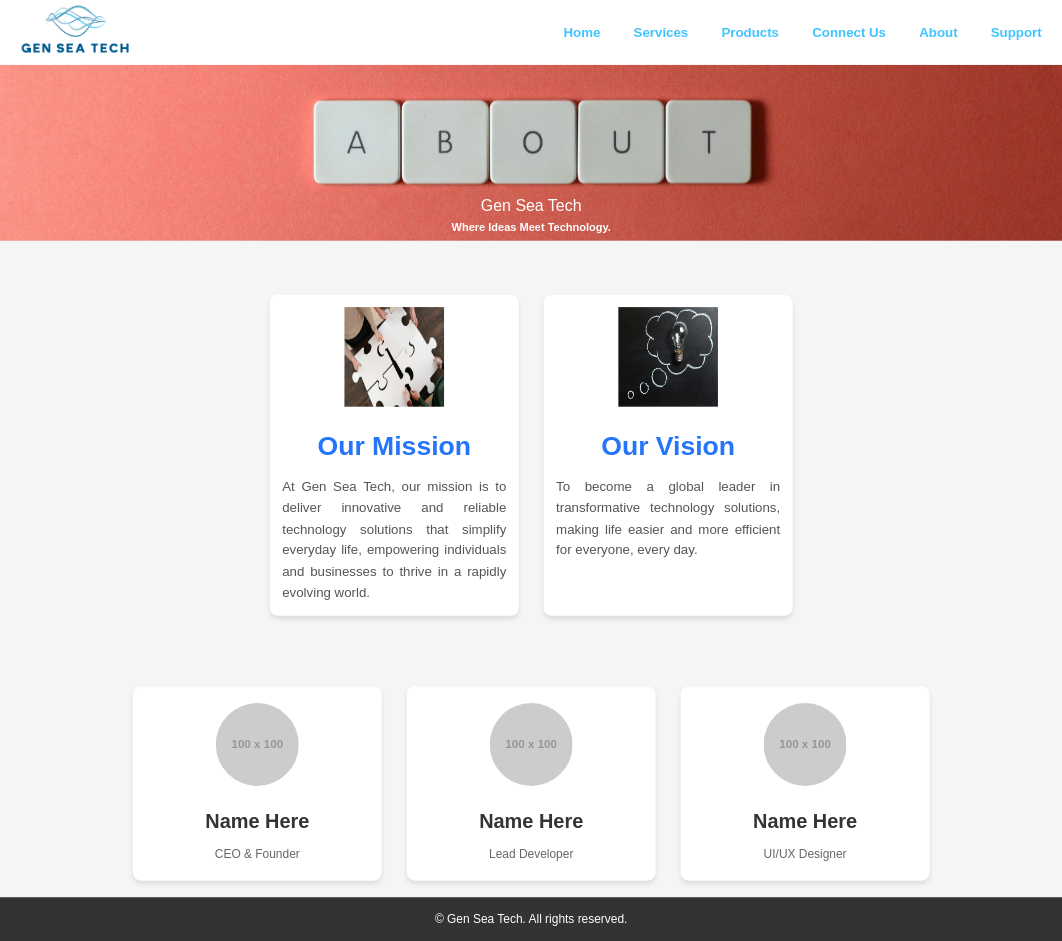
Repository: aniketkhatawkar/Gen_Sea_Tech
Page: http://localhost/GenSeaTech/about.jsp
An editor plug-in stored every save of this project. The page is shown before and after the next save, followed by the edit.
The browser window is 1280 px wide. The pictures show the whole page, at 83% of full size.
The page is served by Tomcat 10. Other server files are loaded and not shown.

Above is the page before, as saved 2024-12-14 12:27:24.

### GenSeaTech/src/main/webapp/about.jsp
<!DOCTYPE html>
<html lang="en">
<head>
<meta charset="UTF-8">
<meta name="viewport" content="width=device-width, initial-scale=1.0">
<title>About</title>
<link rel="icon" href="assets/logo.png" type="image/png" >
<style>
    * {
        margin: 0;
        padding: 0;
        box-sizing: border-box;
        font-family: 'Arial', sans-serif;
    }

    body {
        background-color: #f5f5f5;
        color: #333;
        overflow-x: hidden;
    }

    header {
	    background:  url("assets/about.jpg") no-repeat center center;
	    background-size: cover;
	    object-fit: cover;
		color: #ffffff;
	    padding: 5px 5px;
	    text-align: center;
	}

    header h1 {
        font-size: 3rem;
        margin-bottom: 5px;
    }

    header p {
        font-size: 1.2rem;
        margin-top:150px;
    }

    .mission-vision-section {
        display: flex;
        flex-wrap: wrap;
        justify-content: center;
        gap: 30px;
        margin: 15px;
        padding: 50px;
    }

    .mission-vision-card {
        background: white;
        border-radius: 10px;
        box-shadow: 0 4px 6px rgba(0, 0, 0, 0.1);
        padding: 15px;
        text-align: center;
        width: 300px;
        transition: transform 0.3s ease, box-shadow 0.3s ease;
    }

    .mission-vision-card img {
        width: 120px;
        height: 120px;
        margin-bottom: 15px;
    }

    .mission-vision-card h2 {
        font-size: 2rem;
        color: #2575fc;
        margin-bottom: 10px;
    }

    .mission-vision-card p {
        font-size: 1rem;
        line-height: 1.6;
        color: #555;
        text-align: justify;
    }

    .about-section {
        display: flex;
        flex-wrap: wrap;
        justify-content: center;
        padding: 20px 10px;
        gap: 30px;
    }

    .about-card {
        background: white;
        border-radius: 10px;
        box-shadow: 0 4px 6px rgba(0, 0, 0, 0.1);
        padding: 20px;
        text-align: center;
        width: 300px;
        transition: transform 0.3s ease, box-shadow 0.3s ease;
    }

    .about-card:hover {
        transform: translateY(-10px);
        box-shadow: 0 8px 12px rgba(0, 0, 0, 0.2);
    }

    .about-card img {
        width: 100px;
        height: 100px;
        border-radius: 50%;
        margin-bottom: 15px;
    }

    .about-card h3 {
        margin-bottom: 10px;
        font-size: 1.5rem;
    }

    .about-card p {
        font-size: 0.9rem;
        color: #666;
    }

    @media (max-width: 768px) {
        header h1 {
            font-size: 2.5rem;
        }

        .mission-vision-card {
            width: 100%;
            max-width: 400px;
        }

        .about-card {
            width: 100%;
            max-width: 300px;
        }
    }
</style>
</head>
<body>
	<!-- NavBar -->
	<%@ include file="navbar.jsp" %>

    <header>
        <p>Gen Sea Tech</p>
        <h5>Where Ideas Meet Technology.</h5>
    </header>

    <section class="mission-vision-section">
        <div class="mission-vision-card">
            <img src="assets/mission.jpg" alt="Mission Icon">
            <h2>Our Mission</h2>
            <p>At Gen Sea Tech, our mission is to deliver innovative and reliable technology solutions that simplify everyday life, empowering individuals and businesses to thrive in a rapidly evolving world.</p>
        </div>

        <div class="mission-vision-card">
            <img src="assets/vision.jpg" alt="Vision Icon">
            <h2>Our Vision</h2>
            <p>To become a global leader in transformative technology solutions, making life easier and more efficient for everyone, every day.</p>
        </div>
    </section>

    <section class="about-section" id="team">
        <div class="about-card">
            <img src="https://via.placeholder.com/100" alt="Team Member">
            <h3>Name Here</h3>
            <p>CEO & Founder</p>
        </div>

        <div class="about-card">
            <img src="https://via.placeholder.com/100" alt="Team Member">
            <h3>Name Here</h3>
            <p>Lead Developer</p>
        </div>

        <div class="about-card">
            <img src="https://via.placeholder.com/100" alt="Team Member">
            <h3>Name Here</h3>
            <p>UI/UX Designer</p>
        </div>
    </section>

	<!-- Footer -->
    <%@ include file="footer.jsp" %>
</body>
</html>

### GenSeaTech/src/main/webapp/navbar.jsp
<%@ page language="java" contentType="text/html; charset=UTF-8"
    pageEncoding="UTF-8"%>
<!DOCTYPE html>
<html>
<head>
<meta charset="UTF-8">
<title>Gen Sea Tech</title>
<link rel="icon" href="assets/logo.png" type="image/png" >
<style>
* {
	margin: 0;
	padding: 0;
	box-sizing: border-box;
	font-family: Arial, sans-serif;
}

body {
	line-height: 1.6;
}
.navbar {
	background-color: #ffffff;
	color: #fff;
	padding: 5px 5px;
	display: flex;
	justify-content: space-between;
	align-items: center;
	position: relative;
}

.navbar a {
	color: #40c4ff;
	text-decoration: none;
	margin: 0 20px;
	font-weight: bold;
}

.navbar a:hover {
	color: #757575;
}

.links {
	display: flex;
}
@media (max-width: 768px) {
	.links {
		display: none;
		flex-direction: column;
		background-color: #333;
		position: absolute;
		top: 50px;
		right: 10px;
		width: 200px;
		border-radius: 5px;
		box-shadow: 0px 4px 6px rgba(0, 0, 0, 0.1);
	}

	.links a {
		margin: 10px 0;
		text-align: center;
	}

	.hamburger {
		display: flex;
	}

	.links.active {
		display: flex;
	}
}
</style>
</head>
<body>
	<div class="navbar">
		<div class="logo">
        <a href="home.jsp"><img src="assets/namelogo.png" alt="Gen Sea Tech Logo" style="height: 60px; margin-right: 10px;"></a>
    	</div>
		<div class="links">
			<a href="home.jsp">Home</a>
			<a href="services.jsp">Services</a>
			<a href="products.jsp">Products</a>
			<a href="connectus.jsp">Connect Us</a>
			<a href="about.jsp">About</a>
			<a href="#support.jsp">Support</a>
		</div>
	</div>
</body>
</html>

### GenSeaTech/src/main/webapp/footer.jsp
<%@ page language="java" contentType="text/html; charset=UTF-8"
    pageEncoding="UTF-8"%>
<!DOCTYPE html>
<html>

<head>

<style>
	footer {
        background-color: #333;
        color: white;
        text-align: center;
        padding: 15px;
        margin-top: 0px;
    }

    footer p {
        font-size: 0.9rem;
    }
</style>

	<meta charset="UTF-8">
	<title>Footer</title>
</head>

<body>
	<footer>
        <p>&copy; Gen Sea Tech. All rights reserved.</p>
    </footer>
</body>

</html>

After the next save:
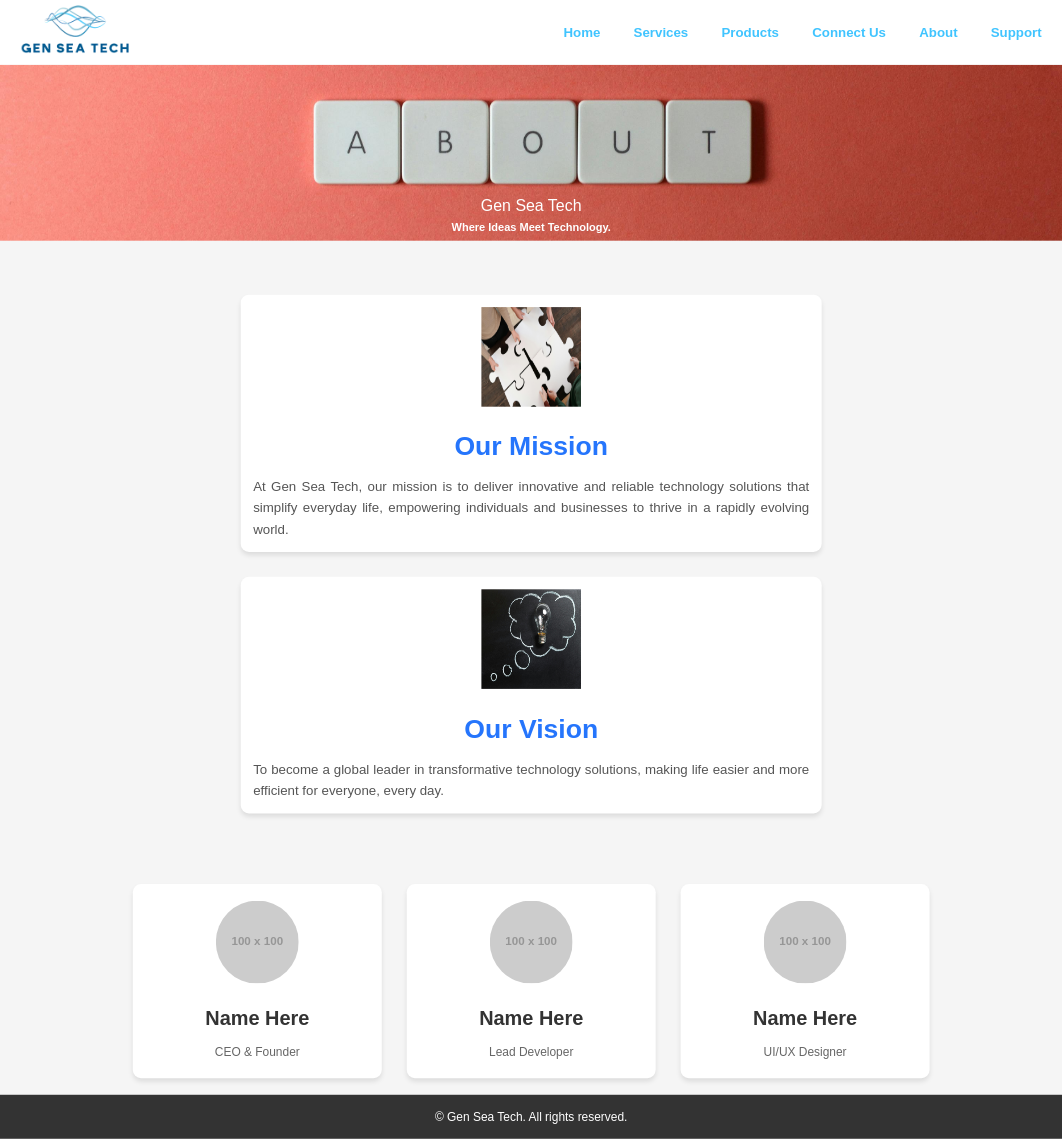
Saved 23 s later.
--- a/GenSeaTech/src/main/webapp/about.jsp
+++ b/GenSeaTech/src/main/webapp/about.jsp
@@ -53,7 +53,7 @@
         box-shadow: 0 4px 6px rgba(0, 0, 0, 0.1);
         padding: 15px;
         text-align: center;
-        width: 300px;
+        width: 700px;
         transition: transform 0.3s ease, box-shadow 0.3s ease;
     }
 
